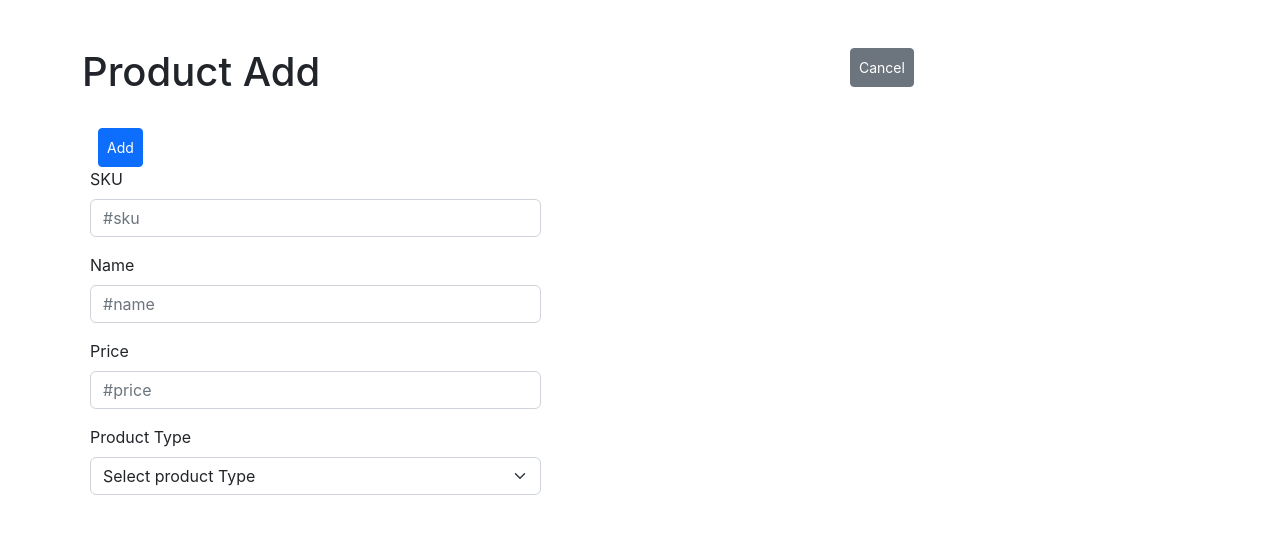
Repository: MagdyAbouelnasr/scandiweb_project
Page: /addproduct
These files come from the project's save history. The page is drawn as it stood at one moment and after the next save; the edit follows.
The browser window is 1280 px wide. The pictures show the whole page.
The project was rebuilt for these pictures with package versions that can differ from the ones it lists, and the page was loaded fresh each time. Also part of the build but not shown: src/App.css, src/components/Product/Product-style.scss, src/components/Product/Product.css, src/components/Product/Product.jsx, src/components/Pages/ProductList.jsx, src/components/ProductAdd/Book.component.jsx, src/components/ProductAdd/DVD.component.jsx, src/components/ProductAdd/Furniture.component.jsx and 1 more.

Above is the page before, as saved 2023-05-05 20:05:17.

### public/index.html
<!DOCTYPE html>
<html lang="en">
  <head>
    <meta charset="utf-8" />
    <link rel="icon" href="%PUBLIC_URL%/favicon.ico" />
    <meta name="viewport" content="width=device-width, initial-scale=1" />
    <meta name="theme-color" content="#000000" />
    <meta
      name="description"
      content="Web site created using create-react-app"
    />
    <link rel="apple-touch-icon" href="%PUBLIC_URL%/logo192.png" />
    <!--
      manifest.json provides metadata used when your web app is installed on a
      user's mobile device or desktop. See https://developers.google.com/web/fundamentals/web-app-manifest/
    -->
    <link rel="manifest" href="%PUBLIC_URL%/manifest.json" />
    <!--
      Notice the use of %PUBLIC_URL% in the tags above.
      It will be replaced with the URL of the `public` folder during the build.
      Only files inside the `public` folder can be referenced from the HTML.

      Unlike "/favicon.ico" or "favicon.ico", "%PUBLIC_URL%/favicon.ico" will
      work correctly both with client-side routing and a non-root public URL.
      Learn how to configure a non-root public URL by running `npm run build`.
    -->
    <title>React App</title>
    <link
  rel="stylesheet"
  href="https://cdn.jsdelivr.net/npm/bootstrap@5.2.3/dist/css/bootstrap.min.css"
  integrity="sha384-rbsA2VBKQhggwzxH7pPCaAqO46MgnOM80zW1RWuH61DGLwZJEdK2Kadq2F9CUG65"
  crossorigin="anonymous"
/>
  </head>
  <body>
    <noscript>You need to enable JavaScript to run this app.</noscript>
    <div id="root"></div>
    <!--
      This HTML file is a template.
      If you open it directly in the browser, you will see an empty page.

      You can add webfonts, meta tags, or analytics to this file.
      The build step will place the bundled scripts into the <body> tag.

      To begin the development, run `npm start` or `yarn start`.
      To create a production bundle, use `npm run build` or `yarn build`.
    -->
  </body>
</html>

### src/index.js
import React from 'react';
import ReactDOM from 'react-dom/client';
import './index.scss';
import App from './App';
import {
  createBrowserRouter,
  RouterProvider,

} from "react-router-dom";
import ProductAdd from './components/Pages/ProductAdd';


const router = createBrowserRouter([
  {
    path: "/",
    element: <App />,
  },
  {
    path: "addproduct",
    element: <ProductAdd />,
  },
]);

const root = ReactDOM.createRoot(document.getElementById('root'));
root.render(
  <RouterProvider router={router} />
);

### src/index.scss
$background-default: #D5D5D5;


body {
  margin: 0;
  font-family: -apple-system, BlinkMacSystemFont, 'Segoe UI', 'Roboto', 'Oxygen',
    'Ubuntu', 'Cantarell', 'Fira Sans', 'Droid Sans', 'Helvetica Neue',
    sans-serif;
  -webkit-font-smoothing: antialiased;
  -moz-osx-font-smoothing: grayscale;
}

code {
  font-family: source-code-pro, Menlo, Monaco, Consolas, 'Courier New',
    monospace;
}

.fade-in {
  opacity: 0;
  transition: opacity 0.3s ease-in-out;
  &.fade-in-active {
    opacity: 1;
  }
}

### src/components/Pages/ProductAdd.jsx
import { useNavigate } from 'react-router-dom';
import { useState } from 'react';
import Form from 'react-bootstrap/Form';
import SelectProductType from '../ProductAdd/Selectcmp';
import Button from 'react-bootstrap/Button';
function ProductAdd() {

  const navigate = useNavigate();

  const  [inputs , setInputs] = useState({});

  const handleChange = (e) => {
    const name = e.target.name;
    const value = e.target.value;
    setInputs(values => ({values, [name]: value}))
  }
  const handleSubmit = (e) => {
    e.preventDefault();

    console.log(inputs)

  }



  return (
    <div className="container mt-5">
      <div className="row">
      <h1 className="page-header text-header col-md-8 text-start ">Product Add</h1>
      <div className='col-4 float-end'>

        <Button onClick={()=> navigate(-1)}  className='p-2 ms-2' variant="secondary" size="sm">
          Cancel
        </Button>
      </div>
      </div>
    <br/>
    <div className="row">

    <div className="col-md-5 mx-2">
    <Form controlId="product_form" onSubmit={handleSubmit}>
         <Button  type="submit" className='p-2 ms-2' variant="primary" size="sm">
          Add
        </Button>
      <Form.Group className="mb-3 mx-left" controlId="productInputSKU">
        <Form.Label>SKU</Form.Label>
        <Form.Control type="text" name="sku" placeholder="#sku" onChange={handleChange} />
      </Form.Group>
      <Form.Group className="mb-3" controlId="productInputName">
        <Form.Label>Name</Form.Label>
        <Form.Control type="text" name="name" placeholder="#name" onChange={handleChange} />
      </Form.Group>
      <Form.Group className="mb-3" controlId="productInputPrice">
        <Form.Label>Price</Form.Label>
        <Form.Control type="number" name="price" placeholder="#price" onChange={handleChange} />
      </Form.Group>
      <Form.Group className="mb-3" controlId="ProductType">
      <Form.Label>Product Type</Form.Label>
        <SelectProductType/>
      </Form.Group>
    </Form>
    </div>
    </div>
    </div>
  );
}

export default ProductAdd;

### src/components/ProductAdd/Selectcmp.jsx
import Form from 'react-bootstrap/Form';
import { useState, useEffect } from 'react';
import BookComponent from './Book.component';
import DVDComponent from './DVD.component';
import FurnitureComponent from './Furniture.component';
const SelectProductType = () => {
  const [type, setType] = useState("selectProuctType");
  const [DVDVisible, setDVDVisibility] = useState(false);
  const [bookVisible, setBookVisibility] = useState(false);
  const [FurnitureVisible, setFurnitureVisibility] = useState(false);

  useEffect(()=> {
    type === "DVD" ? setDVDVisibility(true) : setDVDVisibility(false);
    type === "Book" ? setBookVisibility(true) : setBookVisibility(false);
    type === "Furniture" ? setFurnitureVisibility(true) : setFurnitureVisibility(false);
  }, [type])

  const handleOnChange = (e)  => {
    setType(e.target.value);
  }

  return (
    <>
    <Form.Select aria-label="select product type" value={type} onChange={handleOnChange}>
      <option value="selectProuctType">Select product Type</option>
      <option value="DVD">DVD</option>
      <option value="Book">Book</option>
      <option value="Furniture">Furniture</option>
    </Form.Select>
    <div>
    {bookVisible && <BookComponent/>}
    {DVDVisible && <DVDComponent/>}
    {FurnitureVisible && <FurnitureComponent/>}
    </div>
    </>
  );
}

export default SelectProductType;

After the next save:
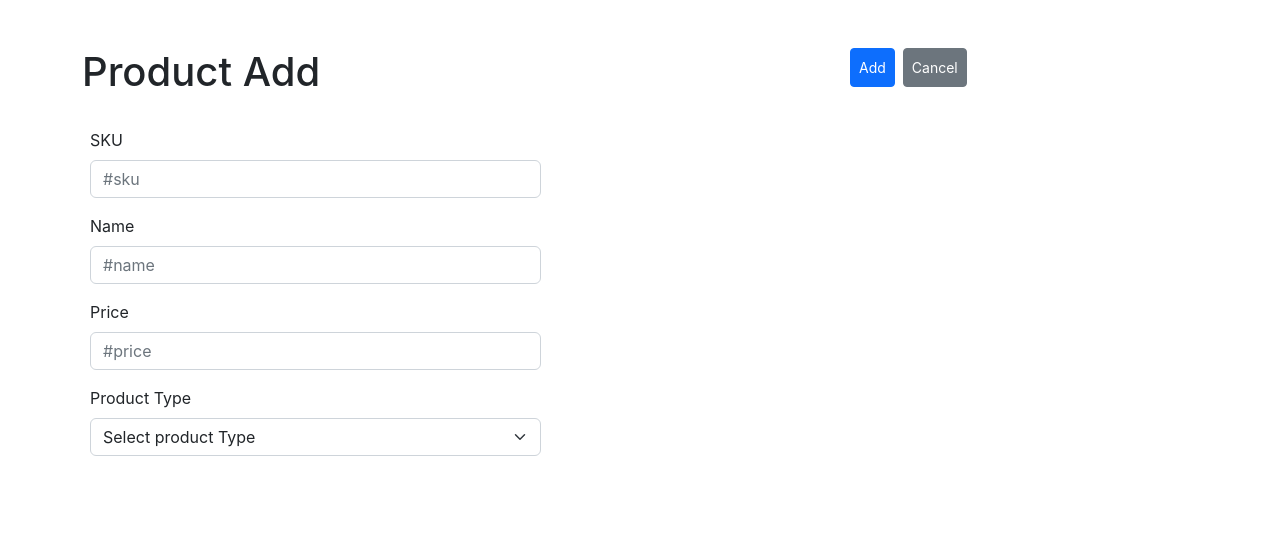
Saved 65 s later.
--- a/src/components/Pages/ProductAdd.jsx
+++ b/src/components/Pages/ProductAdd.jsx
@@ -28,7 +28,9 @@ function ProductAdd() {
       <div className="row">
       <h1 className="page-header text-header col-md-8 text-start ">Product Add</h1>
       <div className='col-4 float-end'>
-
+        <Button  type="submit" className='p-2 ms-2' variant="primary" size="sm">
+          Add
+        </Button>
         <Button onClick={()=> navigate(-1)}  className='p-2 ms-2' variant="secondary" size="sm">
           Cancel
         </Button>
@@ -39,9 +41,6 @@ function ProductAdd() {
 
     <div className="col-md-5 mx-2">
     <Form controlId="product_form" onSubmit={handleSubmit}>
-         <Button  type="submit" className='p-2 ms-2' variant="primary" size="sm">
-          Add
-        </Button>
       <Form.Group className="mb-3 mx-left" controlId="productInputSKU">
         <Form.Label>SKU</Form.Label>
         <Form.Control type="text" name="sku" placeholder="#sku" onChange={handleChange} />
